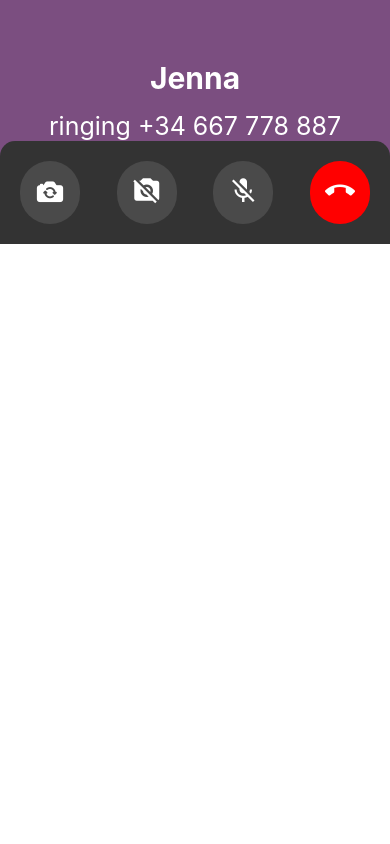
Repository: JennaFi/VideoCallApp
Screen: /
These files come from the project's save history. The screen is drawn as it stood at one moment and after the next save; the edit follows.
The app was drawn by React Native's web renderer in a window 390 px wide. The project was rebuilt for these pictures with package versions that can differ from the ones it lists, and the page was loaded fresh each time.

Above is the screen before, as saved 2022-01-12 00:22:42.

After the next save:
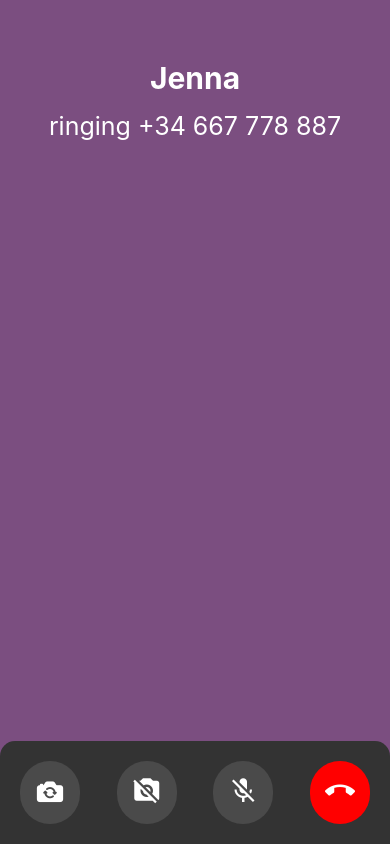
Saved 2 min 23 s later.
--- a/App.js
+++ b/App.js
@@ -8,9 +8,7 @@
 
 
 import React from 'react';
-import {
-  SafeAreaView, StatusBar
-} from 'react-native';
+import { StatusBar } from 'react-native';
 import CallingScreen from './src/screens/CallingScreen/index';
 
 
@@ -20,13 +18,13 @@ const App = () => {
 
 
   return (
-    <SafeAreaView >
+    < >
       <StatusBar barStyle={'dark-content'} />
 
       {/* <ContactsScreen /> */}
       <CallingScreen />
 
-    </SafeAreaView>
+    </>
   )
 }
 
